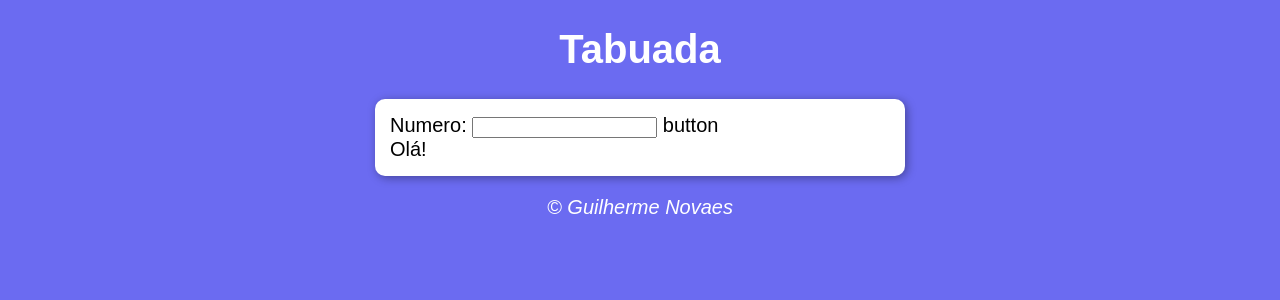
Repository: Guilherme-RNovaes/JavaScript-Curso
Page: Aula 14ex/ex017/index.html
An editor plug-in stored every save of this project. The page is shown before and after the next save, followed by the edit.
The browser window is 1280 px wide. The pictures show the whole page.

Above is the page before, as saved 2022-09-10 09:07:30.

### Aula 14ex/ex017/index.html
<!DOCTYPE html>
<html lang="pt-br">
<head>
    <meta charset="UTF-8">
    <meta http-equiv="X-UA-Compatible" content="IE=edge">
    <meta name="viewport" content="width=device-width, initial-scale=1.0">
    <title>Modelo de Exercício</title>
    <link rel="stylesheet" href="src/Style/style.css">
</head>
<body>
    <header>
        <h1>Tabuada</h1>
    </header>
    <section>
        <div>
            Numero: <input type="number" name="tabuada" id="tabuada">
            button
        </div>
        <div>
            Olá!
        </div>
    </section>
    <footer>
        <p>&copy; Guilherme Novaes</p>
    </footer>
    <script src="script.js"></script>
</body>
</html>

### Aula 14ex/ex017/src/Style/style.css
body{
    background-color: rgb(107, 107, 241);
    font: normal 15pt Arial;
}
header {
    color: white;
    text-align: center;
}

section{
    background-color: white;
    border-radius: 10px;
    padding: 15px;
    width: 500px;
    margin: auto;
    box-shadow: 2px 2px 10px rgba(0, 0, 0, 0.36);
}

footer{
    color: white;
    text-align: center;
    font-style: italic;
}

div img{
    width: 250px;
    height: 250px;
    border-radius: 100%;
}

Loaded but not shown: Aula 14ex/ex017/script.js (no stored copy; drawn as an empty file)

After the next save:
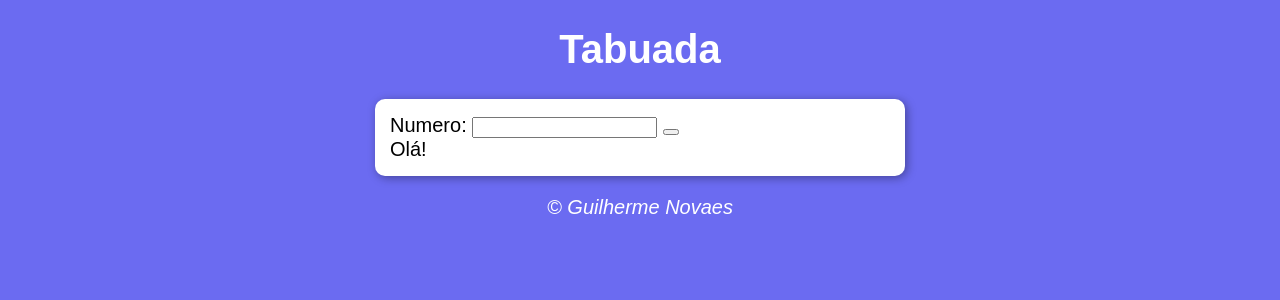
Saved 8 s later.
--- a/Aula 14ex/ex017/index.html
+++ b/Aula 14ex/ex017/index.html
@@ -14,7 +14,7 @@
     <section>
         <div>
             Numero: <input type="number" name="tabuada" id="tabuada">
-            button
+            <button></button>
         </div>
         <div>
             Olá!
